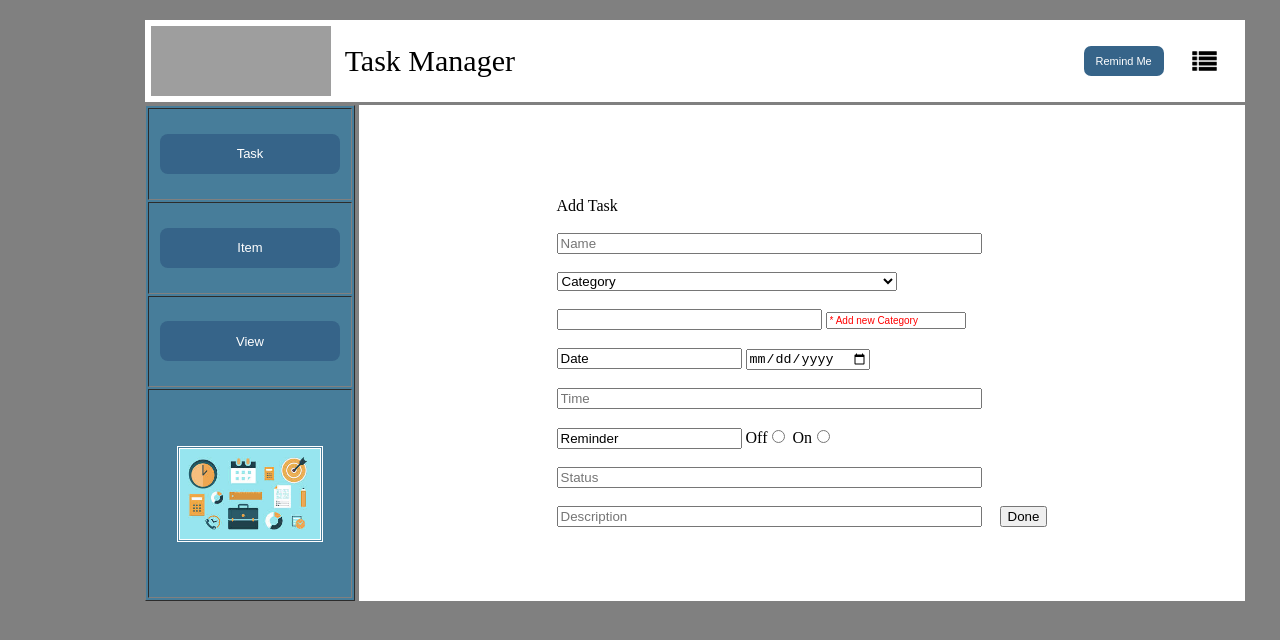
Repository: SnehaSalvi/TaskManagerProject
Page: http://localhost/TaskManagerChecklist/AddTask.jsp
These files come from the project's save history. The page is drawn as it stood at one moment and after the next save; the edit follows.
The browser window is 1280 px wide. The pictures show the whole page.
Pictures or frames that could not be fetched are drawn as grey boxes. The page is served by Tomcat 9.

Above is the page before, as saved 2016-10-14 08:44:33.

After the next save:
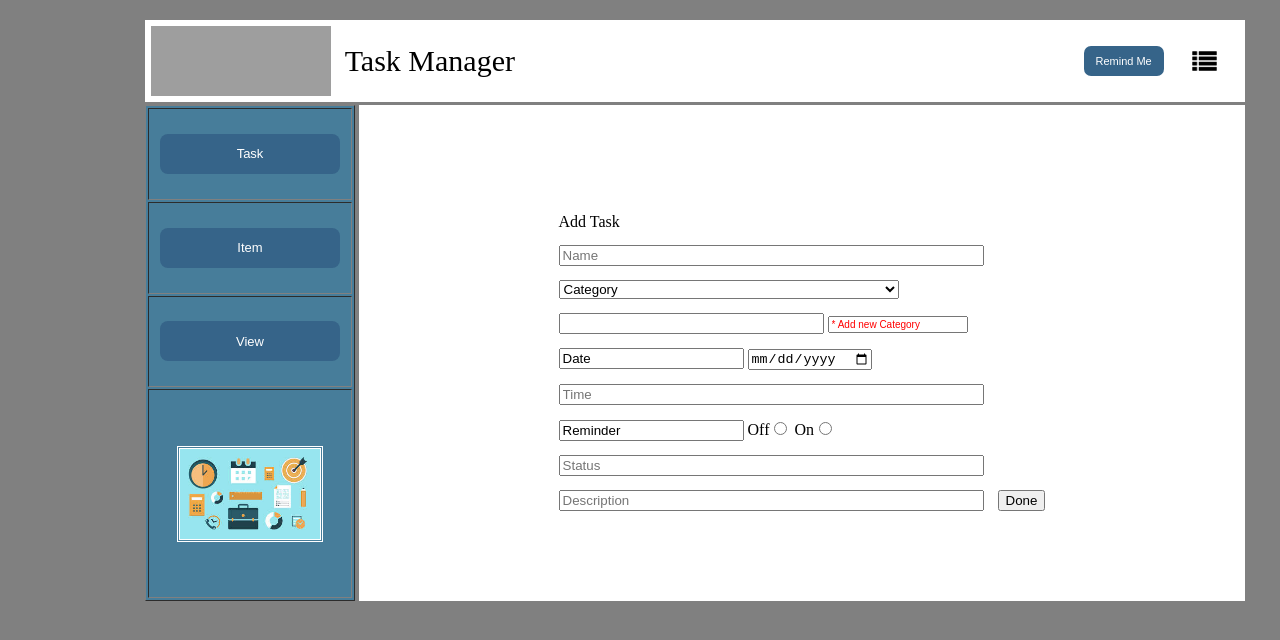
Saved 29 s later.
--- a/TaskManagerChecklist/WebContent/AddTask.jsp
+++ b/TaskManagerChecklist/WebContent/AddTask.jsp
@@ -59,7 +59,7 @@
 				<table id="table3">
 					<tr>
 						<td id="#td6">&nbsp;&nbsp;&nbsp;&nbsp;
-							<table align="center" cellspacing="10" cellpadding="4">
+							<table align="center" cellspacing="6" cellpadding="4">
 								<tr>
 									<td colspan="2">
 										Add Task
